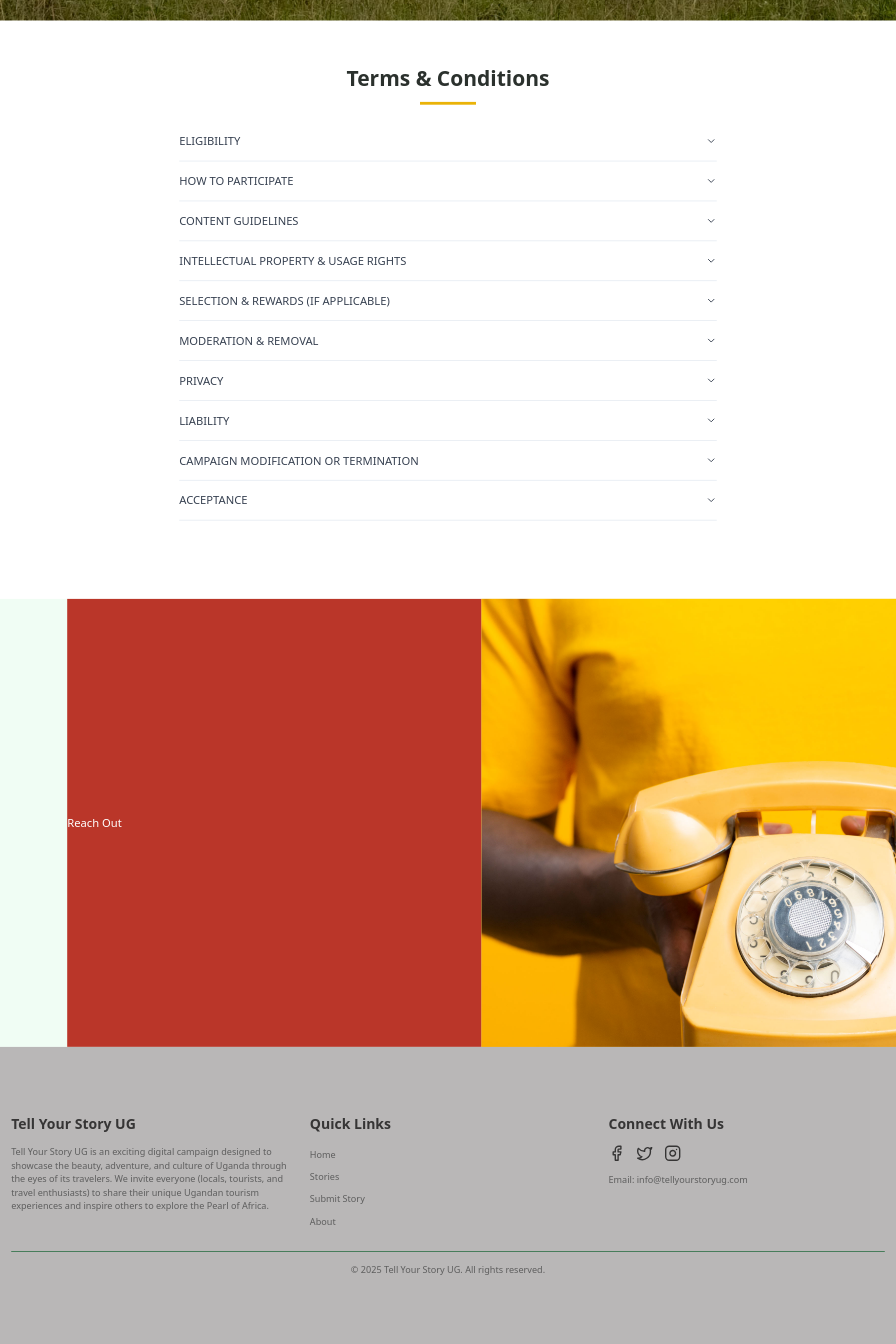
Repository: kaizoku010/take.part
Page: /
These files come from the project's save history. The page is drawn as it stood at one moment and after the next save; the edit follows.
The browser window is 1280 px wide. The pictures show the part of the page from y = 3382 to 5302 px (the page is 5302 px tall), at 70% of full size.
Backgrounds fixed to the window are drawn as part of the page. The project was rebuilt for these pictures with package versions that can differ from the ones it lists, and the page was loaded fresh each time. Also part of the build but not shown: vite.config.ts, src/components/ui/tooltip.tsx, src/pages/About.tsx, src/components/ui/input.tsx, src/pages/Stories.tsx, src/pages/StoryDetail.tsx, src/components/ui/use-toast.ts, src/components/ui/label.tsx and 3 more.

Above is the page before, as saved 2025-04-14 16:58:08.

### index.html

<!DOCTYPE html>
<html lang="en">
  <head>
    <meta charset="UTF-8" />
    <meta name="viewport" content="width=device-width, initial-scale=1.0" />
    <title>TAKE PART</title>
    <meta name="description" content="Share your Ugandan tourism experiences and inspire others to explore the Pearl of Africa" />
    <meta name="author" content="muneza dixon" />

    <meta property="og:title" content="Tell Your Story UG - Explore Uganda" />
    <meta property="og:description" content="Share your Ugandan tourism experiences and inspire others to explore the Pearl of Africa" />

    <!-- Meta Pixel Code -->
    <script>
    !function(f,b,e,v,n,t,s)
    {if(f.fbq)return;n=f.fbq=function(){n.callMethod?
    n.callMethod.apply(n,arguments):n.queue.push(arguments)};
    if(!f._fbq)f._fbq=n;n.push=n;n.loaded=!0;n.version='2.0';
    n.queue=[];t=b.createElement(e);t.async=!0;
    t.src=v;s=b.getElementsByTagName(e)[0];
    s.parentNode.insertBefore(t,s)}(window, document,'script',
    'https://connect.facebook.net/en_US/fbevents.js');
    fbq('init', '1846327909352916');
    fbq('track', 'PageView');
    </script>
    <!-- End Meta Pixel Code -->
  </head>

  <body>
    <div id="root"></div>
    <!-- Facebook Pixel noscript -->
    <noscript><img height="1" width="1" style="display:none"
    src="https://www.facebook.com/tr?id=1846327909352916&ev=PageView&noscript=1"
    /></noscript>
    <!-- IMPORTANT: DO NOT REMOVE THIS SCRIPT TAG OR THIS VERY COMMENT! -->
    <script src="https://cdn.gpteng.co/gptengineer.js" type="module"></script>
    <script type="module" src="/src/main.tsx"></script>
  </body>
</html>

### src/App.tsx

import { Toaster } from "@/components/ui/toaster";
import { Toaster as Sonner } from "@/components/ui/sonner";
import { TooltipProvider } from "@/components/ui/tooltip";
import { QueryClient, QueryClientProvider } from "@tanstack/react-query";
import { BrowserRouter, Routes, Route } from "react-router-dom";
import Home from "./pages/Home";
import About from "./pages/About";
import Stories from "./pages/Stories";
import StoryDetail from "./pages/StoryDetail";
import SubmitStory from "./pages/SubmitStory";
import NotFound from "./pages/NotFound";
import "./mdx.css";
import "./mobile.css"

const queryClient = new QueryClient();

const App = () => (
  <QueryClientProvider client={queryClient}>
    <TooltipProvider>
      <Toaster />
      <Sonner />
      <BrowserRouter>
        <Routes>
          <Route path="/" element={<Home />} />
          <Route path="/about" element={<About />} />
          <Route path="/stories" element={<Stories />} />
          <Route path="/stories/:id" element={<StoryDetail />} />
          <Route path="/submit-story" element={<SubmitStory />} />
          {/* ADD ALL CUSTOM ROUTES ABOVE THE CATCH-ALL "*" ROUTE */}
          <Route path="*" element={<NotFound />} />
        </Routes>
      </BrowserRouter>
    </TooltipProvider>
  </QueryClientProvider>
);

export default App;

### src/index.css
@tailwind base;
@tailwind components;
@tailwind utilities;

@layer base {
  :root {
    --background: 0 0% 100%;
    --foreground: 222.2 84% 4.9%;

    --card: 0 0% 100%;
    --card-foreground: 222.2 84% 4.9%;

    --popover: 0 0% 100%;
    --popover-foreground: 222.2 84% 4.9%;

    /* Main Orange/Gold */
    --primary: 41.81 100% 49.8%;
    --primary-foreground: 210 40% 98%;

    /* Rust Red */
    --secondary: 5.38 63.88% 44.51%;
    --secondary-foreground: 210 40% 98%;

    /* Change accent to Rust Red */
    --accent: 5.38 63.88% 44.51%;
    --accent-foreground: 210 40% 98%;

    --muted: 210 40% 96.1%;
    --muted-foreground: 215.4 16.3% 46.9%;

    --destructive: 0 84.2% 60.2%;
    --destructive-foreground: 210 40% 98%;

    --border: 214.3 31.8% 91.4%;
    --input: 214.3 31.8% 91.4%;
    --ring: 5.38 63.88% 44.51%;  /* Changed to Rust Red */

    --radius: 0.5rem;

    --sidebar-background: 0 0% 98%;

    --sidebar-foreground: 240 5.3% 26.1%;

    --sidebar-primary: 240 5.9% 10%;

    --sidebar-primary-foreground: 0 0% 98%;

    --sidebar-accent: 240 4.8% 95.9%;

    --sidebar-accent-foreground: 240 5.9% 10%;

    --sidebar-border: 220 13% 91%;

    --sidebar-ring: 217.2 91.2% 59.8%;
  }

  .dark {
    --background: 222.2 84% 4.9%;
    --foreground: 210 40% 98%;

    --card: 222.2 84% 4.9%;
    --card-foreground: 210 40% 98%;

    --popover: 222.2 84% 4.9%;
    --popover-foreground: 210 40% 98%;

    /* Main Orange/Gold */
    --primary: 41.81 100% 49.8%;
    --primary-foreground: 210 40% 98%;

    /* Rust Red */
    --secondary: 5.38 63.88% 44.51%;
    --secondary-foreground: 210 40% 98%;

    /* Change accent to Rust Red */
    --accent: 5.38 63.88% 44.51%;
    --accent-foreground: 210 40% 98%;

    --muted: 217.2 32.6% 17.5%;
    --muted-foreground: 215 20.2% 65.1%;

    --destructive: 0 62.8% 30.6%;
    --destructive-foreground: 210 40% 98%;

    --border: 217.2 32.6% 17.5%;
    --input: 217.2 32.6% 17.5%;
    --ring: 5.38 63.88% 44.51%;  /* Changed to Rust Red */
    --sidebar-background: 240 5.9% 10%;
    --sidebar-foreground: 240 4.8% 95.9%;
    --sidebar-primary: 224.3 76.3% 48%;
    --sidebar-primary-foreground: 0 0% 100%;
    --sidebar-accent: 240 3.7% 15.9%;
    --sidebar-accent-foreground: 240 4.8% 95.9%;
    --sidebar-border: 240 3.7% 15.9%;
    --sidebar-ring: 217.2 91.2% 59.8%;
  }
}

@layer base {
  * {
    @apply border-border;
  }

  body {
    @apply bg-background text-foreground;
  }
}

### src/components/ui/toaster.tsx
import { useToast } from "@/hooks/use-toast"
import {
  Toast,
  ToastClose,
  ToastDescription,
  ToastProvider,
  ToastTitle,
  ToastViewport,
} from "@/components/ui/toast"

export function Toaster() {
  const { toasts } = useToast()

  return (
    <ToastProvider>
      {toasts.map(function ({ id, title, description, action, ...props }) {
        return (
          <Toast key={id} {...props}>
            <div className="grid gap-1">
              {title && <ToastTitle>{title}</ToastTitle>}
              {description && (
                <ToastDescription>{description}</ToastDescription>
              )}
            </div>
            {action}
            <ToastClose />
          </Toast>
        )
      })}
      <ToastViewport />
    </ToastProvider>
  )
}

### src/components/ui/sonner.tsx
import { useTheme } from "next-themes"
import { Toaster as Sonner, toast } from "sonner"

type ToasterProps = React.ComponentProps<typeof Sonner>

const Toaster = ({ ...props }: ToasterProps) => {
  const { theme = "system" } = useTheme()

  return (
    <Sonner
      theme={theme as ToasterProps["theme"]}
      className="toaster group"
      toastOptions={{
        classNames: {
          toast:
            "group toast group-[.toaster]:bg-background group-[.toaster]:text-foreground group-[.toaster]:border-border group-[.toaster]:shadow-lg",
          description: "group-[.toast]:text-muted-foreground",
          actionButton:
            "group-[.toast]:bg-primary group-[.toast]:text-primary-foreground",
          cancelButton:
            "group-[.toast]:bg-muted group-[.toast]:text-muted-foreground",
        },
      }}
      {...props}
    />
  )
}

export { Toaster, toast }

### src/mdx.css
#hero-text{
    font-size: 1.2rem !important;
    line-height: unset !important;
}

#logo{
    width: 6rem !important;
}

#nav{
    background-color: white !important;

}

#link{
    font-size: small !important;
    font-weight: 500;
color:rgba(0, 0, 0, 0.658) !important;
}


.bg-green-800{
    background-color: #ba3629 !important;
}

.bg-yellow-800{
    background-color: rgb(254, 177, 0) !important;
}


.bg-yellow-dx{
    background-color: rgb(254, 177, 0) !important;
}

.bg-green-900 {
    color: rgb(54, 53, 53) !important;
background-color: rgb(185, 183, 183) !important;
}


.text-green-800 {
    --tw-text-opacity: 1;
    color: rgb(43 49 45) !important;
}


.text-gray-hound{
    font-size: small;
    color: rgb(94, 94, 94) !important;
}


#carousel-section{
    padding-top: 5rem;
    padding-bottom: 5rem;
    background-color: #feb100 !important;
}

.bg-background {
    background-color: #212120 !important;
}

#prizes-section{
    height: 40rem !important;
    display: flex;
    padding-left: 10rem;
    background-position: bottom;
    background-attachment: fixed;
    width: 100%;
    background-image: url("../src/media/zebs.jpg");
}


.content-prizes{
display: flex;
/* background-color: red; */
width: 100%;
flex-direction: column;
justify-content: center;
}

.content-prizes-2{
display: flex;
background-color: transparent;
width: 100%;
flex-direction: column;
}

.win-title{

    font-weight: 800;
    font-size: 2rem;
    margin-bottom: 1rem;
    color: white;
}

.prize{
    display: flex;

    /* margin-bottom: 1rem; */
    font-weight: 200;
    /* font-size: 2rem; */
    align-items: center;
    color: white;
}

.prize img{
    width: 2.5rem;
    height: 2rem;
}


.take-part{
    background-color: #feb100;
    color: rgb(54, 52, 52);
    padding: 0.7rem;
    margin-top: 2rem;
    width: 10rem;
    font-weight: bold;
    font-size: small;
    border-radius: 10px;

}

.take-part:hover{
    color: white !important;
background-color: #ba3629 !important;
}


#vist-ug{
    background-color: #ba3629 !important;
}


#vist-ug:hover{
    background-color: transparent !important;
}


#footer{
    padding-top: 6rem;
    padding-bottom: 6rem;
}

#cta{
    height: 30rem;
    display: flex;
    flex-direction: column;
    justify-content: center;
    /* padding-top: 5rem !important;
    padding-bottom: 5rem !important; */
}


#contact{
    display: flex;
    /* background-image: url("../src/media/call.jpg"); */
    padding-left: 6rem;

}


#cta-section{
    width: 100%;
    height: 40rem;
    justify-content: center;
    display: flex;
    color: white;
    flex-direction: column;
    background-color: #ba3629 !important;
}

#cta-section-2{
    width: 100%;
    height: 40rem;
    background-size: cover;
    background-image: url("../src/media/call.jpg");
    background-color: #feb100 !important;
}

### src/mobile.css
@media (max-width: 768px) {
    header {
      padding: 0.5rem 0;
    }

    .mobile-menu {
      position: absolute;
      top: 100%;
      left: 0;
      right: 0;
      background-color: #166534; /* green-800 */
      padding: 1rem;
      box-shadow: 0 2px 4px rgba(0,0,0,0.1);
    }

    .mobile-menu a {
      display: block;
      padding: 0.75rem 1rem;
      color: white;
      border-bottom: 1px solid rgba(255,255,255,0.1);
    }

    .mobile-menu a:last-child {
      border-bottom: none;
    }
  }

### src/components/ui/button.tsx
import * as React from "react"
import { Slot } from "@radix-ui/react-slot"
import { cva, type VariantProps } from "class-variance-authority"

import { cn } from "@/lib/utils"

const buttonVariants = cva(
  "inline-flex items-center justify-center gap-2 whitespace-nowrap rounded-md text-sm font-medium ring-offset-background transition-colors focus-visible:outline-none focus-visible:ring-2 focus-visible:ring-ring focus-visible:ring-offset-2 disabled:pointer-events-none disabled:opacity-50 [&_svg]:pointer-events-none [&_svg]:size-4 [&_svg]:shrink-0",
  {
    variants: {
      variant: {
        default: "bg-primary text-primary-foreground hover:bg-primary/90",
        destructive:
          "bg-destructive text-destructive-foreground hover:bg-destructive/90",
        outline:
          "border border-input bg-background hover:bg-accent hover:text-accent-foreground",
        secondary:
          "bg-secondary text-secondary-foreground hover:bg-secondary/80",
        ghost: "hover:bg-accent hover:text-accent-foreground",
        link: "text-primary underline-offset-4 hover:underline",
      },
      size: {
        default: "h-10 px-4 py-2",
        sm: "h-9 rounded-md px-3",
        lg: "h-11 rounded-md px-8",
        icon: "h-10 w-10",
      },
    },
    defaultVariants: {
      variant: "default",
      size: "default",
    },
  }
)

export interface ButtonProps
  extends React.ButtonHTMLAttributes<HTMLButtonElement>,
    VariantProps<typeof buttonVariants> {
  asChild?: boolean
}

const Button = React.forwardRef<HTMLButtonElement, ButtonProps>(
  ({ className, variant, size, asChild = false, ...props }, ref) => {
    const Comp = asChild ? Slot : "button"
    return (
      <Comp
        className={cn(buttonVariants({ variant, size, className }))}
        ref={ref}
        {...props}
      />
    )
  }
)
Button.displayName = "Button"

export { Button, buttonVariants }

### src/components/ui/card.tsx
import * as React from "react"

import { cn } from "@/lib/utils"

const Card = React.forwardRef<
  HTMLDivElement,
  React.HTMLAttributes<HTMLDivElement>
>(({ className, ...props }, ref) => (
  <div
    ref={ref}
    className={cn(
      "rounded-lg border bg-card text-card-foreground shadow-sm",
      className
    )}
    {...props}
  />
))
Card.displayName = "Card"

const CardHeader = React.forwardRef<
  HTMLDivElement,
  React.HTMLAttributes<HTMLDivElement>
>(({ className, ...props }, ref) => (
  <div
    ref={ref}
    className={cn("flex flex-col space-y-1.5 p-6", className)}
    {...props}
  />
))
CardHeader.displayName = "CardHeader"

const CardTitle = React.forwardRef<
  HTMLParagraphElement,
  React.HTMLAttributes<HTMLHeadingElement>
>(({ className, ...props }, ref) => (
  <h3
    ref={ref}
    className={cn(
      "text-2xl font-semibold leading-none tracking-tight",
      className
    )}
    {...props}
  />
))
CardTitle.displayName = "CardTitle"

const CardDescription = React.forwardRef<
  HTMLParagraphElement,
  React.HTMLAttributes<HTMLParagraphElement>
>(({ className, ...props }, ref) => (
  <p
    ref={ref}
    className={cn("text-sm text-muted-foreground", className)}
    {...props}
  />
))
CardDescription.displayName = "CardDescription"

const CardContent = React.forwardRef<
  HTMLDivElement,
  React.HTMLAttributes<HTMLDivElement>
>(({ className, ...props }, ref) => (
  <div ref={ref} className={cn("p-6 pt-0", className)} {...props} />
))
CardContent.displayName = "CardContent"

const CardFooter = React.forwardRef<
  HTMLDivElement,
  React.HTMLAttributes<HTMLDivElement>
>(({ className, ...props }, ref) => (
  <div
    ref={ref}
    className={cn("flex items-center p-6 pt-0", className)}
    {...props}
  />
))
CardFooter.displayName = "CardFooter"

export { Card, CardHeader, CardFooter, CardTitle, CardDescription, CardContent }

### src/components/layout/Layout.tsx

import { ReactNode } from "react";
import Header from "./Header";
import Footer from "./Footer";

interface LayoutProps {
  children: ReactNode;
}

const Layout = ({ children }: LayoutProps) => {
  return (
    <div className="flex flex-col min-h-screen">
      <Header />
      <main className="flex-grow">
        {children}
      </main>
      <Footer />
    </div>
  );
};

export default Layout;

### src/components/ui/accordion.tsx
import * as React from "react"
import * as AccordionPrimitive from "@radix-ui/react-accordion"
import { ChevronDown } from "lucide-react"

import { cn } from "@/lib/utils"

const Accordion = AccordionPrimitive.Root

const AccordionItem = React.forwardRef<
  React.ElementRef<typeof AccordionPrimitive.Item>,
  React.ComponentPropsWithoutRef<typeof AccordionPrimitive.Item>
>(({ className, ...props }, ref) => (
  <AccordionPrimitive.Item
    ref={ref}
    className={cn("border-b", className)}
    {...props}
  />
))
AccordionItem.displayName = "AccordionItem"

const AccordionTrigger = React.forwardRef<
  React.ElementRef<typeof AccordionPrimitive.Trigger>,
  React.ComponentPropsWithoutRef<typeof AccordionPrimitive.Trigger>
>(({ className, children, ...props }, ref) => (
  <AccordionPrimitive.Header className="flex">
    <AccordionPrimitive.Trigger
      ref={ref}
      className={cn(
        "flex flex-1 items-center justify-between py-4 font-medium transition-all hover:underline [&[data-state=open]>svg]:rotate-180",
        className
      )}
      {...props}
    >
      {children}
      <ChevronDown className="h-4 w-4 shrink-0 transition-transform duration-200" />
    </AccordionPrimitive.Trigger>
  </AccordionPrimitive.Header>
))
AccordionTrigger.displayName = AccordionPrimitive.Trigger.displayName

const AccordionContent = React.forwardRef<
  React.ElementRef<typeof AccordionPrimitive.Content>,
  React.ComponentPropsWithoutRef<typeof AccordionPrimitive.Content>
>(({ className, children, ...props }, ref) => (
  <AccordionPrimitive.Content
    ref={ref}
    className="overflow-hidden text-sm transition-all data-[state=closed]:animate-accordion-up data-[state=open]:animate-accordion-down"
    {...props}
  >
    <div className={cn("pb-4 pt-0", className)}>{children}</div>
  </AccordionPrimitive.Content>
))

AccordionContent.displayName = AccordionPrimitive.Content.displayName

export { Accordion, AccordionItem, AccordionTrigger, AccordionContent }

### src/components/layout/Footer.tsx

import { Facebook, Instagram, Twitter } from "lucide-react";
import { Link } from "react-router-dom";

const Footer = () => {
  return (
    <footer id="footer" className="bg-green-900 text-white py-10">
      <div className="container mx-auto px-4">
        <div className="grid grid-cols-1 md:grid-cols-3 gap-8">
          <div>
            <h3 className="text-xl font-bold mb-4">Tell Your Story UG</h3>
            <p className="text-gray-300 text-gray-hound">
            Tell Your Story UG is an exciting digital campaign designed to showcase the beauty, adventure, and culture of Uganda through the eyes of its travelers. We invite everyone (locals, tourists, and travel enthusiasts) to share their unique Ugandan tourism experiences and inspire others to explore the Pearl of Africa.
                        </p>
          </div>

          <div>
            <h3 className="text-xl font-bold mb-4">Quick Links</h3>
            <ul className="space-y-2">
              <li><Link to="/" className="text-gray-hound text-gray-300 hover:text-yellow-400 transition-colors">Home</Link></li>
              <li><Link to="/stories" className="text-gray-hound text-gray-300 hover:text-yellow-400 transition-colors">Stories</Link></li>
              <li><Link to="/submit-story" className="text-gray-hound text-gray-300 hover:text-yellow-400 transition-colors">Submit Story</Link></li>
              <li><Link to="/about" className="text-gray-hound text-gray-300 hover:text-yellow-400 transition-colors">About</Link></li>
            </ul>
          </div>

          <div>
            <h3 className="text-xl font-bold mb-4">Connect With Us</h3>
            <div className="flex space-x-4">
              <a href="https://facebook.com" target="_blank" rel="noopener noreferrer" className="hover:text-yellow-400 transition-colors">
                <Facebook size={24} />
              </a>
              <a href="https://twitter.com" target="_blank" rel="noopener noreferrer" className="hover:text-yellow-400 transition-colors">
                <Twitter size={24} />
              </a>
              <a href="https://instagram.com" target="_blank" rel="noopener noreferrer" className="hover:text-yellow-400 transition-colors">
                <Instagram size={24} />
              </a>
            </div>
            <p className="mt-4 text-gray-300 text-gray-hound">
              Email: <a href="mailto:info@tellyourstoryug.com" className="text-gray-hound hover:text-yellow-400 transition-colors">info@tellyourstoryug.com</a>
            </p>
          </div>
        </div>

        <div className="mt-8 pt-4 border-t border-green-800 text-center text-gray-300 text-gray-hound">
          <p>&copy; {new Date().getFullYear()} Tell Your Story UG. All rights reserved.</p>
        </div>
      </div>
    </footer>
  );
};

export default Footer;

### tailwind.config.ts
import type { Config } from "tailwindcss";

export default {
	darkMode: ["class"],
	content: [
		"./pages/**/*.{ts,tsx}",
		"./components/**/*.{ts,tsx}",
		"./app/**/*.{ts,tsx}",
		"./src/**/*.{ts,tsx}",
	],
	prefix: "",
	theme: {
		container: {
			center: true,
			padding: '2rem',
			screens: {
				'2xl': '1400px'
			}
		},
		extend: {
			colors: {
				main: 'hsl(41.81, 100%, 49.8%)',    // Orange/Gold
				accent: 'hsl(5.38, 63.88%, 44.51%)', // Rust Red
				border: 'hsl(var(--border))',
				input: 'hsl(var(--input))',
				ring: 'hsl(var(--ring))',
				background: 'hsl(var(--background))',
				foreground: 'hsl(var(--foreground))',
				primary: {
					DEFAULT: 'hsl(var(--primary))',
					foreground: 'hsl(var(--primary-foreground))'
				},
				secondary: {
					DEFAULT: 'hsl(var(--secondary))',
					foreground: 'hsl(var(--secondary-foreground))'
				},
				destructive: {
					DEFAULT: 'hsl(var(--destructive))',
					foreground: 'hsl(var(--destructive-foreground))'
				},
				muted: {
					DEFAULT: 'hsl(var(--muted))',
					foreground: 'hsl(var(--muted-foreground))'
				},
				// accent: {
				// 	DEFAULT: 'hsl(var(--accent))',
				// 	foreground: 'hsl(var(--accent-foreground))'
				// },
				popover: {
					DEFAULT: 'hsl(var(--popover))',
					foreground: 'hsl(var(--popover-foreground))'
				},
				card: {
					DEFAULT: 'hsl(var(--card))',
					foreground: 'hsl(var(--card-foreground))'
				},
				sidebar: {
					DEFAULT: 'hsl(var(--sidebar-background))',
					foreground: 'hsl(var(--sidebar-foreground))',
					primary: 'hsl(var(--sidebar-primary))',
					'primary-foreground': 'hsl(var(--sidebar-primary-foreground))',
					accent: 'hsl(var(--sidebar-accent))',
					'accent-foreground': 'hsl(var(--sidebar-accent-foreground))',
					border: 'hsl(var(--sidebar-border))',
					ring: 'hsl(var(--sidebar-ring))'
				}
			},
			borderRadius: {
				lg: 'var(--radius)',
				md: 'calc(var(--radius) - 2px)',
				sm: 'calc(var(--radius) - 4px)'
			},
			keyframes: {
				'accordion-down': {
					from: {
						height: '0'
					},
					to: {
						height: 'var(--radix-accordion-content-height)'
					}
				},
				'accordion-up': {
					from: {
						height: 'var(--radix-accordion-content-height)'
					},
					to: {
						height: '0'
					}
				}
			},
			animation: {
				'accordion-down': 'accordion-down 0.2s ease-out',
				'accordion-up': 'accordion-up 0.2s ease-out'
			}
		}
	},
	plugins: [require("tailwindcss-animate")],
} satisfies Config;

Loaded but not shown: src/main.tsx (common file); src/hooks/use-toast.ts (common file); src/lib/utils.ts (common file); src/pages/Home.tsx (608 lines, source omitted); src/components/ui/carousel.tsx (260 lines, source omitted); src/components/ui/toast.tsx (127 lines, source omitted); src/components/layout/Header.tsx (66 lines, source omitted)

After the next save:
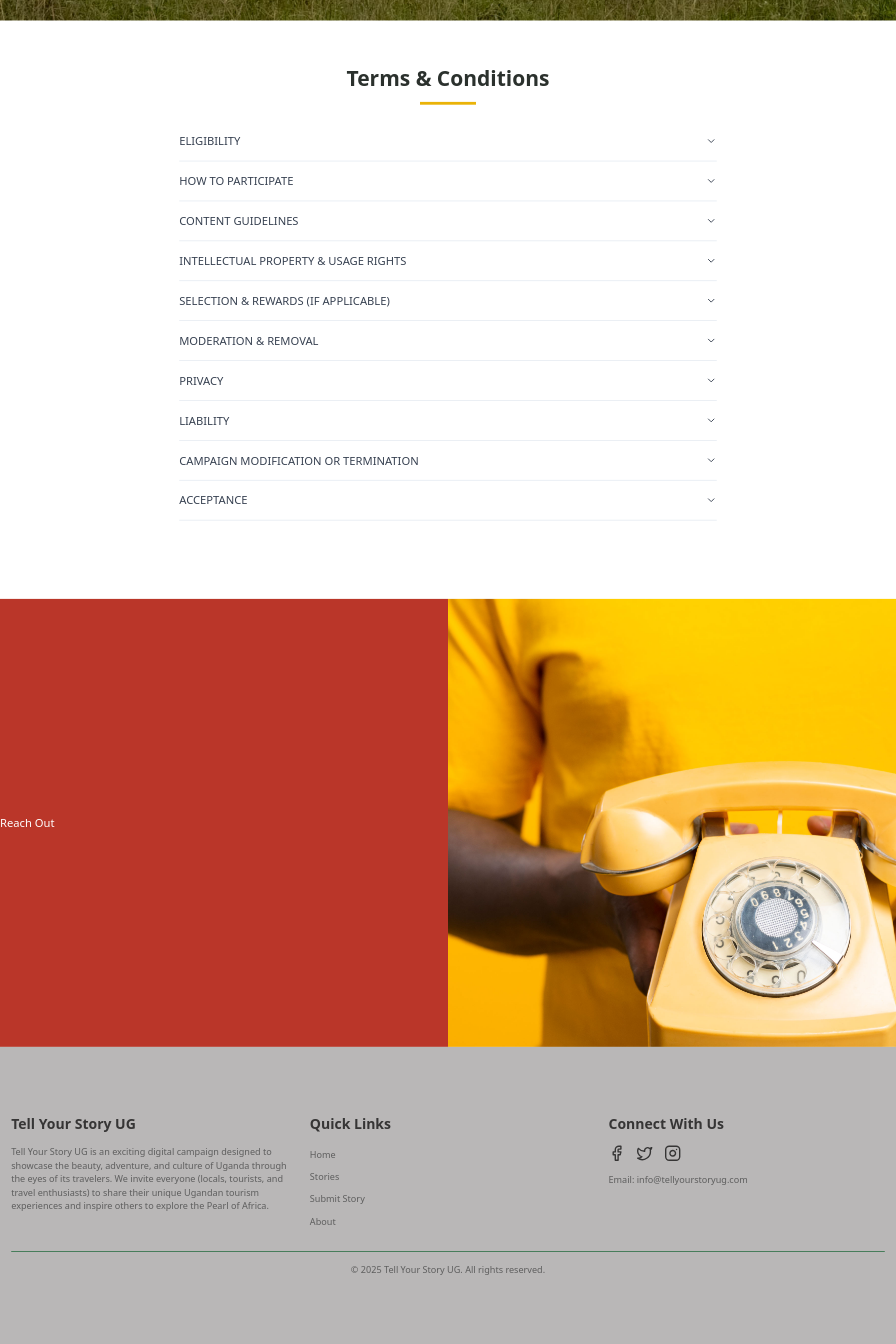
Saved 6 s later.
--- a/src/mdx.css
+++ b/src/mdx.css
@@ -156,7 +156,6 @@ background-color: #ba3629 !important;
 #contact{
     display: flex;
     /* background-image: url("../src/media/call.jpg"); */
-    padding-left: 6rem;
 
 }
 
